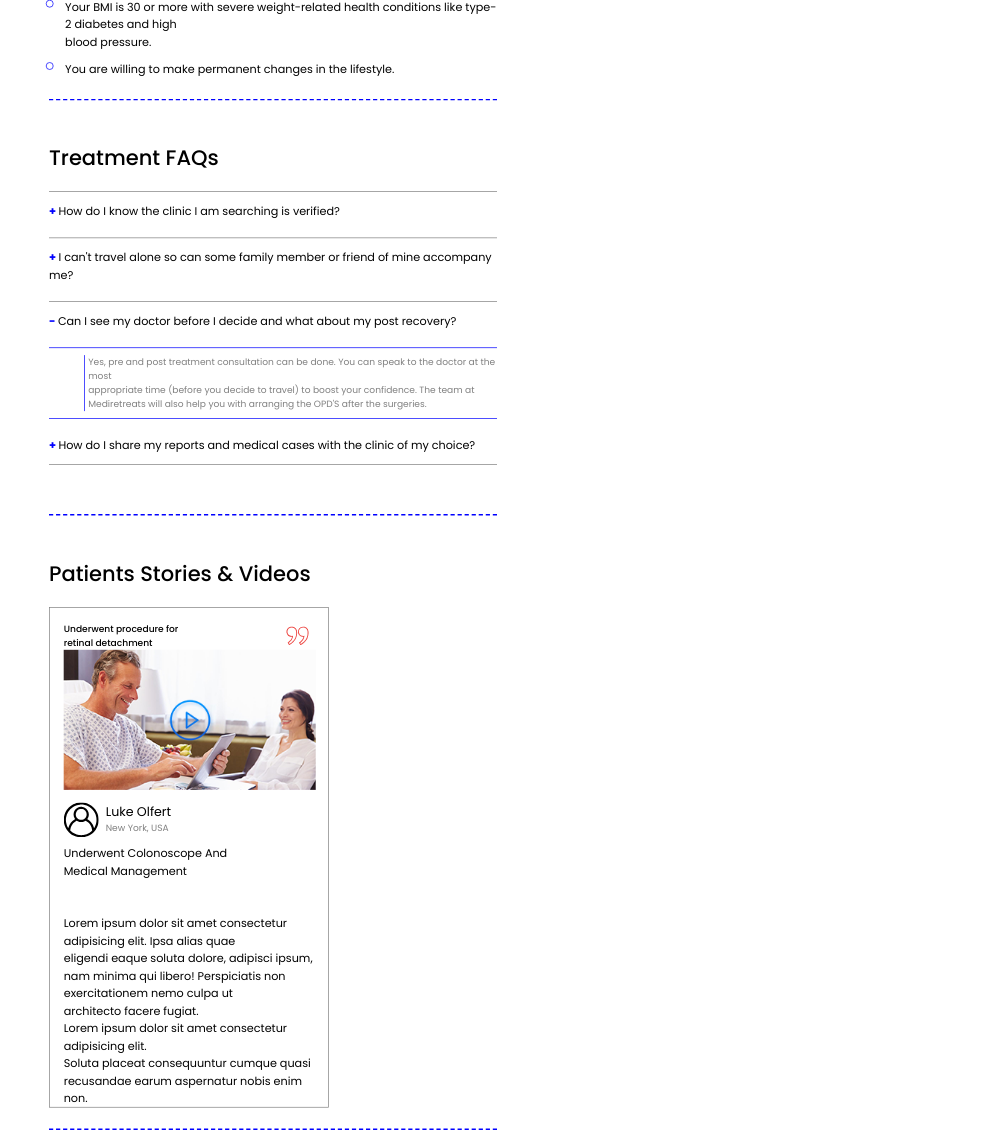
Repository: hetuk2005/webDevelopment
Page: Projects/Aafiya.html
An editor plug-in stored every save of this project. The page is shown before and after the next save, followed by the edit.
The browser window is 1280 px wide. The page is 1438 px wide, so the pictures cover 1438 px, including what lies to the right of the window. The pictures show the part of the page from y = 4015 to 5735 px (the page is 5640 px tall before and 5735 px after), at 70% of full size.
Some web fonts or font styles are not loaded; a fallback is used.

Above is the page before, as saved 2025-04-08 19:47:04.

### Projects/Aafiya.html
<!DOCTYPE html>
<html lang="en">

<head>
    <meta charset="UTF-8" />
    <meta name="viewport" content="width=device-width, initial-scale=1.0" />
    <title>Hetuk</title>
    <link rel="stylesheet" href="./CSS/Aafiya.css" />
</head>

<body>
    <nav>
        <div class="child1">
            <div class="images">
                <img src="./Images/Aafiya Logo.svg" alt="Aafiya Logo" class="img1" /><br />
                <img src="./Images/Logo 2.png" alt="Logo" class="img2" />
            </div>
            <div class="image_text">
                <div class="book_text">
                    <img src="./Images/Book.svg" alt="Book" class="img3" />
                    <div class="grid">
                        <br />
                        <p class="text">Second Medical Option</p>
                        <p class="text1">Book Consultation</p>
                    </div>
                </div>
                <div class="call_text">
                    <img src="./Images/Call.svg" alt="Call" class="img4" /><br />
                    <div class="grid">
                        <br />
                        <p class="text">Call Us On</p>
                        <p class="text1">985 896 2222</p>
                    </div>
                </div>
                <div class="mail_text">
                    <img src="./Images/Mail.png" alt="Mail" class="img5" />
                    <div class="grid">
                        <br />
                        <p class="text">Email Us On</p>
                        <p class="text1">info@mediretreats.com</p>
                    </div>
                </div>
                <div class="India">
                    <img src="./Images/India.svg" alt="India Flag" class="img6" />
                    <img src="./Images/Dropdown Arrow.svg" alt="Dropdown Arrow" class="img7" />
                </div>
            </div>
        </div>
        <div class="child2">
            <ul>
                <li>Home</li>
                <li>About Us</li>
                <li>Treatments +</li>
                <li>Destinations +</li>
                <li>Hospitals</li>
                <li>FAQs</li>
                <li>Blog</li>
                <li>Request A Quote</li>
            </ul>
            <input type="search" placeholder="🔍  Search" />
        </div>
    </nav>
    <div class="home_img">
        <div class="home_child">
            <p class="home_content">Home</p>
            <span> > </span>
            <p class="home_content">Treatments</p>
            <span> > </span>
            <p class="home_content">Orthopaedics</p>
            <span> > </span>
            <p class="home_content">Knee Replacement</p>
        </div>
        <br />
        <h3>Total Knee Replacement</h3>
        <p class="home_description">
            Total knee replacement is a surgery to remove and replace the whole<br /> damaged knee joint with an artificial joint.
        </p>
        <br />
        <button class="enquire_now">Enquire Now</button>
    </div>
    <div class="nav2">
        <ul>
            <li class="list">Overview</li>
            <li>Eligibility</li>
            <li>Preparation</li>
            <li>About Treatment</li>
            <li>Post-Treatment Care</li>
            <li>Recovery Tips</li>
            <li>FAQs</li>
            <li>Patients Stories</li>
        </ul>
    </div>
    <div class="treatment_overview">
        <div class="treatment_text">
            <h3>Treatment Overview</h3>
            <br />
            <p>
                Lorem ipsum dolor sit amet consectetur adipisicing elit.<br /> Earum, culpa vel debitis incidunt non quis.
            </p>
            <p>
                Lorem ipsum dolor sit amet consectetur adipisicing elit.<br /> aliquam repudiandae, corporis consectetur dolorem eum.<br /> facilis quasi, praesentium inventore expedita quo hic.
            </p>
            <p>
                Lorem ipsum dolor sit amet culpa vel debitis<br /> consectetur, adipisicing elit. Adipisci, nemo.
            </p>
            <br /><br />
        </div>
        <div class="treatment_img">
            <img src="./Images/treatment_overview (1).jpg" alt="Image" />
        </div>
    </div>
    <div class="eligibility_for_treatment">
        <div class="eligibility_text">
            <h3>Eligibility For Treatment</h3>
            <br />
            <p>
                Any individual who has tried diet and exercise but failed to lose weight is considered as a good candidate for<br /> gastric bypass. Although gastric bypass aids in weight loss, it is not an appropriate option for everyone.<br /> Based
                on the overall health and certain medical guidelines, the doctor will decide whether you are eligible<br /> for gastric bypass or not.
            </p>
            <br />
            <p>In general, gastric bypass could be a good option if:</p>
            <br />
            <ul>
                <li>The BMI (body mass index) is 40 or more.</li>
                <li>
                    Your BMI is 30 or more with severe weight-related health conditions like type-2 diabetes and high<br /> blood pressure.
                </li>
                <li>You are willing to make permanent changes in the lifestyle.</li>
            </ul>
        </div>
        <br /><br /><br />
        <div class="eligibility_form">
            <h3>Need Help?</h3>
            <br />
            <p>
                Just let us know. We will be happy to<br /> assist you.
            </p>
            <br /><br />
            <form>
                <input type="text" placeholder="Full Name" /><br /><br />
                <input type="email" placeholder="Email" /><br /><br />
                <input type="tel" placeholder="Phone Number" /><br /><br />
                <input type="textarea" placeholder="Describe Your Treatment Requirement" class="textarea" /><br /><br />
                <button class="Enquiry">Send Enquiry</button>
            </form>
        </div>
    </div>
    <div class="preparation_of_treatment">
        <h3>Preparation Of Treatment</h3>
        <br />
        <p>
            Any individual who has tried diet and exercise but failed to lose weight is considered as a good candidate for<br /> gastric bypass. Although gastric bypass aids in weight loss, it is not an appropriate option for everyone.<br /> Based on
            the overall health and certain medical guidelines, the doctor will decide whether you are eligible<br /> for gastric bypass or not.
        </p>
        <br />
        <p>In general, gastric bypass could be a good option if:</p>
        <br />
        <ul>
            <li>The BMI (body mass index) is 40 or more.</li>
            <li>
                Your BMI is 30 or more with severe weight-related health conditions like type-2 diabetes and high<br /> blood pressure.
            </li>
            <li>You are willing to make permanent changes in the lifestyle.</li>
        </ul>
    </div>
    <div class="about_treatment">
        <h3>About Treatment</h3>
        <br />
        <p>
            Any individual who has tried diet and exercise but failed to lose weight is considered as a good candidate for<br /> gastric bypass. Although gastric bypass aids in weight loss, it is not an appropriate option for everyone.<br /> Based on
            the overall health and certain medical guidelines, the doctor will decide whether you are eligible<br /> for gastric bypass or not.
        </p>
        <br />
        <p>In general, gastric bypass could be a good option if:</p>
        <br />
        <ul>
            <li>The BMI (body mass index) is 40 or more.</li>
            <li>
                Your BMI is 30 or more with severe weight-related health conditions like type-2 diabetes and high<br /> blood pressure.
            </li>
            <li>You are willing to make permanent changes in the lifestyle.</li>
        </ul>
    </div>
    <div class="post_treatment">
        <h3>Post-Treatment Care Treatment</h3>
        <br />
        <p>
            Any individual who has tried diet and exercise but failed to lose weight is considered as a good candidate for<br /> gastric bypass. Although gastric bypass aids in weight loss, it is not an appropriate option for everyone.<br /> Based on
            the overall health and certain medical guidelines, the doctor will decide whether you are eligible<br /> for gastric bypass or not.
        </p>
        <br />
        <p>In general, gastric bypass could be a good option if:</p>
        <br />
        <ul>
            <li>The BMI (body mass index) is 40 or more.</li>
            <li>
                Your BMI is 30 or more with severe weight-related health conditions like type-2 diabetes and high<br /> blood pressure.
            </li>
            <li>You are willing to make permanent changes in the lifestyle.</li>
        </ul>
    </div>
    <div class="treatment_recovery">
        <h3>Post-Treatment Care Treatment</h3>
        <br />
        <p>
            Any individual who has tried diet and exercise but failed to lose weight is considered as a good candidate for<br /> gastric bypass. Although gastric bypass aids in weight loss, it is not an appropriate option for everyone.<br /> Based on
            the overall health and certain medical guidelines, the doctor will decide whether you are eligible<br /> for gastric bypass or not.
        </p>
        <br />
        <p>In general, gastric bypass could be a good option if:</p>
        <br />
        <ul>
            <li>The BMI (body mass index) is 40 or more.</li>
            <li>
                Your BMI is 30 or more with severe weight-related health conditions like type-2 diabetes and high<br /> blood pressure.
            </li>
            <li>You are willing to make permanent changes in the lifestyle.</li>
        </ul>
    </div>
    <div class="treatment_faqs">
        <h3>Treatment FAQs</h3>
        <br />
        <p>How do I know the clinic I am searching is verified?</p>
        <br />
        <p>
            I can't travel alone so can some family member or friend of mine accompany me?
        </p>
        <br />
        <p class="answered">
            Can I see my doctor before I decide and what about my post recovery?
        </p>
        <br />
        <p class="answer">
            <span class="left">
          Yes, pre and post treatment consultation can be done. You can speak to
          the doctor at the most<br />
          appropriate time (before you decide to travel) to boost your
          confidence. The team at<br />
          Mediretreats will also help you with arranging the OPD'S after the
          surgeries.
        </span>
        </p>
        <br />
        <a class="bottom">
        How do I share my reports and medical cases with the clinic of my
        choice?
      </a>
        <br />
    </div>
    <div class="patient_stories">
        <h3>Patients Stories & Videos</h3>
        <br />
        <div class="stories_img">
            <div class="text1">
                <p class="stories_text">
                    Underwent procedure for<br /> retinal detachment
                </p>
                <br /><br />
                <img src="./Images/Quotes.svg" alt="Quotes" class="quotes" />
            </div>
            <img src="./Images/Patient_Stories.png" alt="Image Of Patient" />
            <br />
            <div class="profile1">
                <img src="./Images/Profile.svg" alt="Luke Olfert" />
                <div class="flex">
                    <h5>Luke Olfert</h5>
                    <p>New York, USA</p>
                </div>
            </div>
            <div class="text2">
                <p class="stories_text">
                    Underwent Colonoscope And<br> Medical Management
                </p>
                <br><br>
                <p>Lorem ipsum dolor sit amet consectetur adipisicing elit. Ipsa alias quae<br> eligendi eaque soluta dolore, adipisci ipsum,<br> nam minima qui libero! Perspiciatis non<br> exercitationem nemo culpa ut<br> architecto facere fugiat.<br> Lorem
                    ipsum dolor sit amet consectetur adipisicing elit.<br> Soluta placeat consequuntur cumque quasi<br> recusandae earum aspernatur nobis enim non.</p>
            </div>
        </div>
    </div>
</body>

</html>

### Projects/CSS/Aafiya.css
@import url("https://fonts.googleapis.com/css2?family=Cedarville+Cursive&family=Poppins:ital,wght@0,100;0,200;0,300;0,400;0,500;0,600;0,700;0,800;0,900;1,100;1,200;1,300;1,400;1,500;1,600;1,700;1,800;1,900&family=Source+Sans+3:ital,wght@0,200..900;1,200..900&display=swap");
* {
    margin: 0;
    padding: 0;
    box-sizing: border-box;
    font-family: Poppins;
}

nav {
    width: 100%;
}

.child1 {
    display: flex;
    padding-top: 15px;
    gap: 20px;
    /* border: 1px solid black; */
    justify-content: space-evenly;
    align-items: center;
}

.img3,
.img4,
.img5 {
    height: 60px;
    width: 60px;
    padding-top: 10px;
    object-fit: contain;
}

.book_text,
.call_text,
.mail_text {
    display: flex;
    width: 250px;
    /* border: 1px solid red; */
    justify-content: center;
    padding-bottom: 15px;
}

.grid {
    display: grid;
    text-align: left;
    padding-left: 10px;
}

.img1 {
    height: 70px;
    width: 300px;
    object-fit: contain;
}

.img2 {
    height: 80px;
    width: 70px;
    object-fit: contain;
}

.image_text {
    display: flex;
    gap: 20px;
    padding-right: 50px;
}

.images {
    display: flex;
    gap: 25px;
    padding-left: 50px;
    justify-content: center;
    align-items: center;
}

.text1 {
    font-weight: bolder;
    font-size: 15px;
}

.text {
    font-weight: bold;
    color: gray;
    font-size: 15px;
}

.India {
    display: flex;
    padding-left: 5px;
    justify-content: center;
    gap: 8px;
}

.India>.img6 {
    height: 50px;
    /* width: 50px; */
    padding-top: 10px;
    object-fit: contain;
}

.India>.img7 {
    height: 40px;
    /* width: 40px; */
    padding-top: 23px;
    object-fit: contain;
}

.child2 {
    display: flex;
    padding-top: 10px;
    /* border: 1px solid black; */
    justify-content: space-evenly;
    align-items: center;
    color: white;
    padding-bottom: 10px;
    height: 55px;
    background-color: rgb(125, 163, 244);
}

.child2>ul {
    list-style-type: none;
    display: flex;
    gap: 40px;
    justify-content: center;
    align-items: center;
    font-size: large;
    padding-right: 60px;
}

.child2>input {
    height: 55px;
    background-color: blue;
    width: 170px;
    padding-right: 10px;
    border: 2px;
    box-shadow: 0 2px 5px rgba(0, 0, 0, 0.1);
}

.child2>input::placeholder {
    color: white;
    padding-left: 7.5px;
    font-size: large;
    opacity: 0.8;
}

.home_img {
    background-image: url(../Images/Main\ Image.jpg);
    background-position: center center;
    background-size: cover;
    background-repeat: no-repeat;
    padding: 80px 0;
    padding-left: 70px;
    position: relative;
    color: white;
}

.home_img>.home_child {
    display: flex;
    gap: 20px;
}

.home_img>.home_child>.home_content {
    font-size: 20px;
}

.home_img>.home_child>span {
    font-size: 20px;
    font-weight: bold;
}

.home_img>h3 {
    font-size: 37px;
    font-weight: normal;
    margin-bottom: 15px;
}

.home_img>.home_description {
    font-size: 19px;
    margin-bottom: 25px;
}

.home_img>.home_child>span {
    color: red;
}

.home_img>.enquire_now {
    background-color: #1da1f2;
    color: white;
    font-size: 17px;
    width: 170px;
    height: 40px;
    border: transparent;
}

.nav2>ul {
    list-style-type: none;
    display: flex;
    gap: 50px;
    padding-left: 60px;
    padding-top: 25px;
    padding-bottom: 20px;
    border-bottom: 2px solid gray;
    font-size: larger;
    font-weight: 300;
}

.nav2>ul>.list:hover {
    text-decoration: underline;
}

.treatment_overview {
    display: flex;
    width: 1250px;
    height: 455px;
    gap: 140px;
    margin-bottom: 30px;
    border-bottom: 2px dashed blue;
    margin-left: 50px;
}

.treatment_overview>.treatment_text {
    padding-top: 59px;
    padding-left: 50px;
}

.treatment_overview>.treatment_text>p {
    font-size: 17px;
    padding-bottom: 25px;
}

.treatment_overview>.treatment_text>h3 {
    font-weight: 500;
    font-size: 30px;
}

.treatment_overview>.treatment_img>img {
    height: 410px;
    width: 530px;
    padding-top: 40px;
    object-fit: contain;
}

.eligibility_for_treatment {
    display: flex;
    width: 1280px;
    gap: 30px;
    padding-top: 50px;
    margin-left: 70px;
}

.eligibility_for_treatment>.eligibility_text {
    border-bottom: 2px dashed blue;
}

.eligibility_for_treatment>.eligibility_text>h3 {
    font-size: 30px;
    font-weight: 500;
}

.eligibility_for_treatment>.eligibility_text>ul {
    list-style-type: circle;
    padding-left: 23px;
}

.eligibility_for_treatment>.eligibility_text>ul>li::marker {
    color: blue;
    font-size: 30px;
    font-weight: bold;
}

.eligibility_for_treatment>.eligibility_form>h3 {
    font-size: 35px;
    color: blue;
    font-weight: 500;
    font-style: italic;
}

.eligibility_form {
    box-shadow: 0 0 10px rgba(0, 0, 0, 0.4);
    border-radius: 7px;
    padding: 20px;
}

.eligibility_for_treatment>.eligibility_form>p {
    font-size: 20px;
}

.eligibility_for_treatment>.eligibility_form>form>input {
    height: 40px;
    width: 300px;
    gap: 20px;
    border: 2px solid black;
    border-radius: 7px;
}

.eligibility_for_treatment>.eligibility_form>form>input::placeholder {
    color: gray;
    padding-left: 15px;
}

.eligibility_for_treatment>.eligibility_form>form>.textarea {
    height: 100px;
    width: 300px;
    border: 2px solid black;
    border-radius: 7px;
}


/*.eligibility_for_treatment>.eligibility_form>form>.textarea::placeholder {
    padding-bottom: 70px;
}*/

.eligibility_for_treatment>.eligibility_form>form>button {
    background: linear-gradient(to right, #00aaff, #66ccff);
    color: white;
    width: 100%;
    border-radius: 7px;
    border: none;
    height: 45px;
}

.preparation_of_treatment>h3 {
    font-size: 30px;
    font-weight: 500;
}

.preparation_of_treatment {
    border-bottom: 2px dashed blue;
    margin-bottom: 10px;
    padding-bottom: 30px;
    gap: 50px;
    padding-top: 50px;
    margin-left: 70px;
    width: 50%;
}

.preparation_of_treatment>ul {
    list-style-type: circle;
    padding-left: 23px;
}

.preparation_of_treatment>ul>li::marker {
    color: blue;
    font-size: 30px;
    font-weight: bold;
}

.about_treatment {
    border-bottom: 2px dashed blue;
    margin-bottom: 10px;
    padding-bottom: 30px;
    gap: 50px;
    padding-top: 50px;
    margin-left: 70px;
    width: 50%;
}

.about_treatment>ul {
    list-style-type: circle;
    padding-left: 23px;
}

.about_treatment>ul>li::marker {
    color: blue;
    font-size: 30px;
    font-weight: bold;
}

.about_treatment>h3 {
    font-size: 30px;
    font-weight: 500;
}

.post_treatment {
    border-bottom: 2px dashed blue;
    margin-bottom: 10px;
    padding-bottom: 30px;
    gap: 50px;
    padding-top: 50px;
    margin-left: 70px;
    width: 50%;
}

.post_treatment>ul {
    list-style-type: circle;
    padding-left: 23px;
}

.post_treatment>ul>li::marker {
    color: blue;
    font-size: 30px;
    font-weight: bold;
}

.post_treatment>h3 {
    font-size: 30px;
    font-weight: 500;
}

.treatment_recovery {
    border-bottom: 2px dashed blue;
    margin-bottom: 10px;
    padding-bottom: 30px;
    gap: 50px;
    padding-top: 50px;
    margin-left: 70px;
    width: 50%;
}

.treatment_recovery>ul {
    list-style-type: circle;
    padding-left: 23px;
}

.treatment_recovery>ul>li::marker {
    color: blue;
    font-size: 30px;
    font-weight: bold;
}

.treatment_recovery>h3 {
    font-size: 30px;
    font-weight: 500;
}

.treatment_faqs>h3 {
    font-size: 30px;
    font-weight: 500;
}

.treatment_faqs {
    border-bottom: 2px dashed blue;
    padding-bottom: 45px;
    margin-bottom: 11px;
    gap: 50px;
    padding-top: 50px;
    margin-left: 70px;
    width: 50%;
}

.treatment_faqs>p {
    border-top: 1px solid gray;
    padding-top: 15px;
    counter-reset: value;
}

.treatment_faqs>p::before {
    counter-increment: value;
    content: "+  ";
    font-weight: bold;
    color: blue;
}

.treatment_faqs>.answered {
    counter-reset: value;
}

.treatment_faqs>.answered::before {
    counter-increment: value;
    content: "-  ";
    color: blue;
}

.treatment_faqs>.bottom {
    border-bottom: 1px solid gray;
    display: block;
    padding-bottom: 15px;
    counter-reset: value;
}

.treatment_faqs>.bottom::before {
    counter-increment: value;
    content: "+  ";
    font-weight: bold;
    color: blue;
}

.treatment_faqs>.answer {
    border-top: 1px solid blue;
    border-bottom: 1px solid blue;
    padding-left: 50px;
    padding-top: 10px;
    padding-bottom: 10px;
    counter-reset: value;
}

.treatment_faqs>.answer::before {
    counter-increment: value;
    content: "";
    color: blue;
}

.treatment_faqs>.answer>.left {
    border-left: 1px solid blue;
    display: block;
    font-size: small;
    padding-left: 5px;
    color: gray;
}

.patient_stories {
    border-bottom: 2px dashed blue;
    margin-bottom: 10px;
    padding-bottom: 30px;
    gap: 50px;
    padding-top: 50px;
    margin-left: 70px;
    width: 50%;
}

.patient_stories>h3 {
    font-size: 30px;
    font-weight: 500;
}

.patient_stories>.stories_img {
    border: 1px solid gray;
    width: 400px;
    padding-left: 20px;
    padding-top: 20px;
    padding-right: 20px;
}

.patient_stories>.stories_img>.text1 {
    display: flex;
    font-size: 13px;
    font-weight: 500;
}

.patient_stories>.stories_img>.text1>.quotes {
    height: 40px;
    padding-left: 150px;
}

.patient_stories>.stories_img>img {
    width: 360px;
    object-fit: contain;
}

.profile1 {
    display: flex;
    gap: 10px;
    padding: 10px 0;
}

.profile1>img {
    width: 50px;
    height: 50px;
}

.profile1>.flex>h5 {
    font-size: large;
    font-weight: normal;
}

.profile1>.flex>p {
    font-size: 13px;
    color: gray;
}

After the next save:
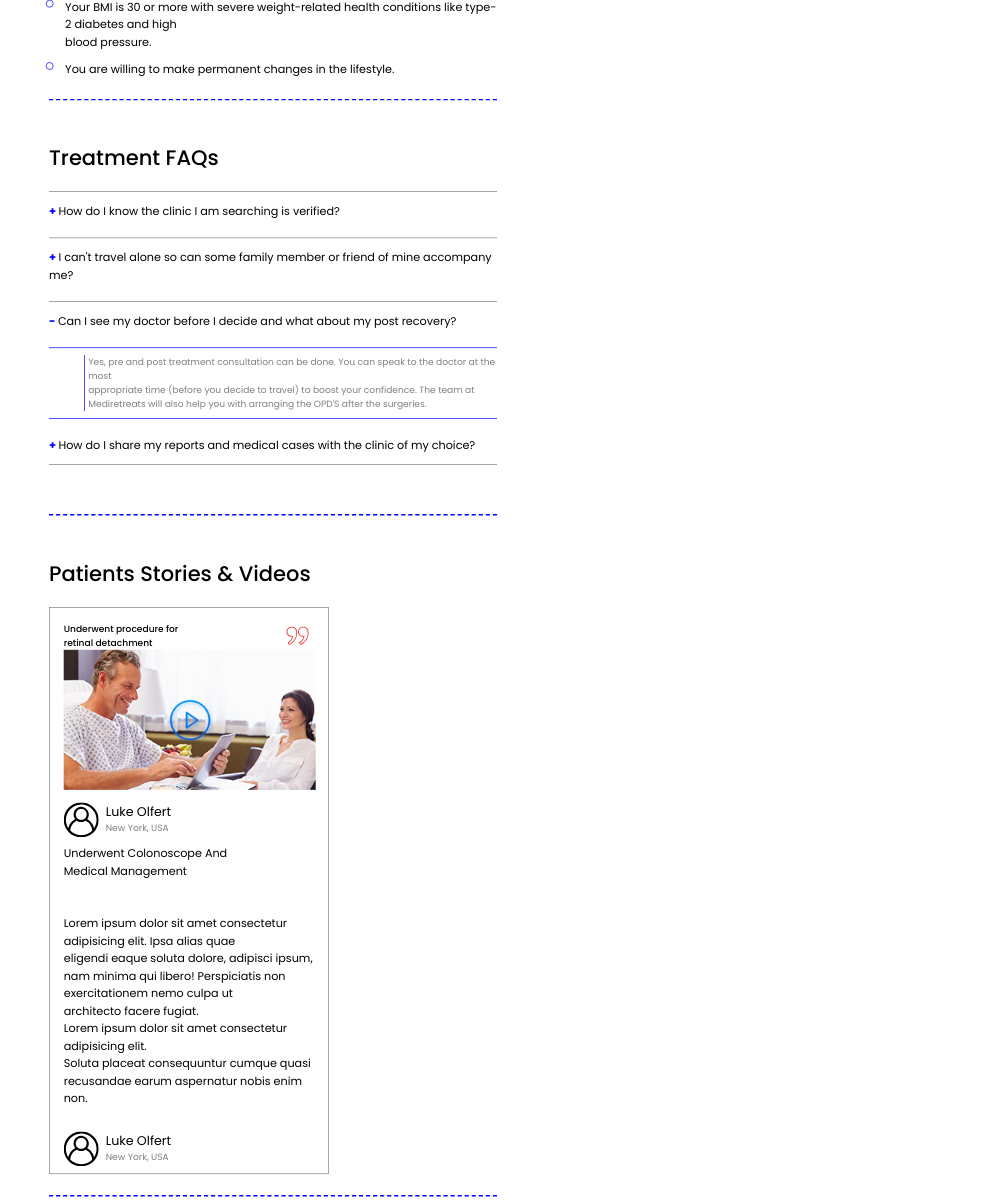
Saved 37 s later.
--- a/Projects/Aafiya.html
+++ b/Projects/Aafiya.html
@@ -274,6 +274,14 @@
                 <br><br>
                 <p>Lorem ipsum dolor sit amet consectetur adipisicing elit. Ipsa alias quae<br> eligendi eaque soluta dolore, adipisci ipsum,<br> nam minima qui libero! Perspiciatis non<br> exercitationem nemo culpa ut<br> architecto facere fugiat.<br> Lorem
                     ipsum dolor sit amet consectetur adipisicing elit.<br> Soluta placeat consequuntur cumque quasi<br> recusandae earum aspernatur nobis enim non.</p>
+                <br />
+                <div class="profile1">
+                    <img src="./Images/Profile.svg" alt="Luke Olfert" />
+                    <div class="flex">
+                        <h5>Luke Olfert</h5>
+                        <p>New York, USA</p>
+                    </div>
+                </div>
             </div>
         </div>
     </div>
